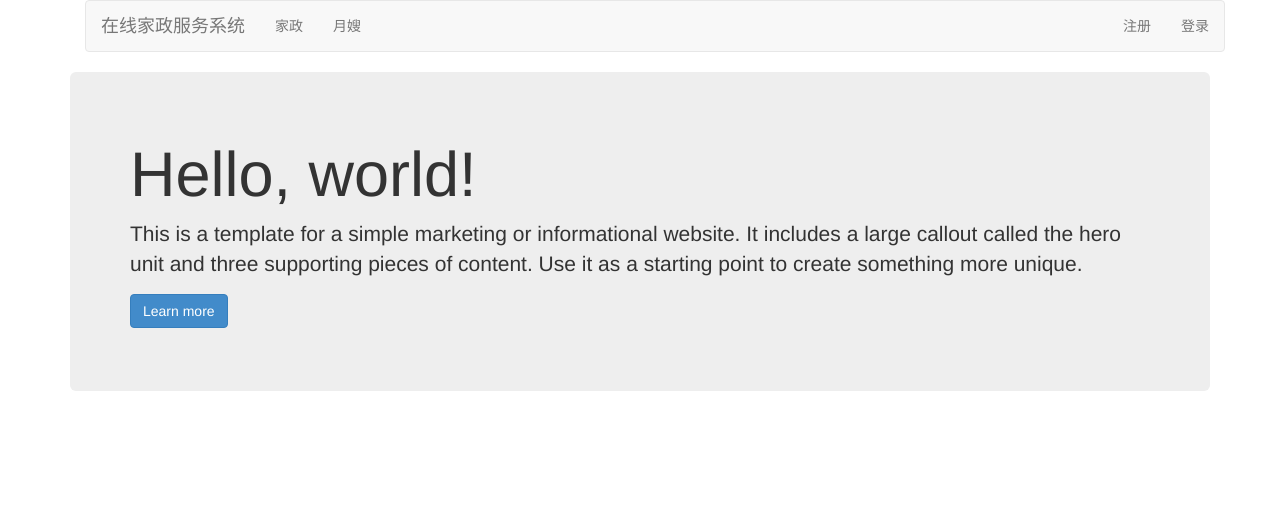
Repository: ELeonCXFJ/MyEclipseWS
Page: http://localhost/MyWeb/index.jsp
The author's editor kept a copy of each file at every save. The page is drawn from the files as they stood at one save, then again after the next save.
The browser window is 1280 px wide. The pictures show the whole page.
The page is served by Tomcat 9. Nobody is signed in. The application's start-up code is not run. Other server files are loaded and not shown.

Above is the page before, as saved 2017-03-17 04:22:37.

### MyWeb/WebRoot/index.jsp
<%@ page language="java" import="java.util.*" pageEncoding="UTF-8"%>
<%@ taglib prefix="c" uri="http://java.sun.com/jsp/jstl/core" %>

<!DOCTYPE html>
<html>
<head>
   <meta charset="utf-8">
   <title>在线家政服务系统主页</title>
   <link rel="stylesheet" href="./vendor/bootstrap/css/bootstrap.min.css">
   <script src="./vendor/jquery/js/jquery.min.js"></script>
   <script src="./vendor/bootstrap/js/bootstrap.min.js"></script>
</head>
<body>

<div class="container">
	<div class="row clearfix">
		<div class="col-md-12 column">
			<c:import url="top.jsp"></c:import>
			<div class="jumbotron">
				<h1>
					Hello, world!
				</h1>
				<p>
					This is a template for a simple marketing or informational website. It includes a large callout called the hero unit and three supporting pieces of content. Use it as a starting point to create something more unique.
				</p>
				<p>
					 <a class="btn btn-primary btn-large" href="#">Learn more</a>
				</p>
			</div>
		</div>
	</div>
</div>
</body>
</html>

### MyWeb/WebRoot/top.jsp
<%@ page language="java" import="java.util.*" pageEncoding="UTF-8"%>
<%@ taglib prefix="c" uri="http://java.sun.com/jsp/jstl/core" %>

<!DOCTYPE html>
<html>
<head>
   <meta charset="utf-8">
   <title>导航栏</title>
</head>
<body>

<div class="container" align="center">
	<div class="row clearfix">
		<div class="col-lg-12 col-md-12 col-xs-12 col-sm-12">
			<nav class="navbar navbar-default" role="navigation">
				<div class="navbar-header">
					 <button type="button" class="navbar-toggle" data-toggle="collapse" data-target="#bs-example-navbar-collapse-1"> <span class="sr-only">Toggle navigation</span><span class="icon-bar"></span><span class="icon-bar"></span><span class="icon-bar"></span></button> <a class="navbar-brand" href="<c:url value='/index.jsp'/>">在线家政服务系统</a>
				</div>
				<div class="collapse navbar-collapse" id="bs-example-navbar-collapse-1">
					<ul class="nav navbar-nav">
						<li >
							 <a href="#">家政</a>
						</li>
						<li>
							 <a href="#">月嫂</a>
						</li>
					</ul>
					<ul class="nav navbar-nav navbar-right">
					<c:choose>
						<c:when test="${empty sessionScope.sessionUser }">
							<li>
								 <a href="<c:url value='/jsps/user/register.jsp'/>">注册</a>
							</li>
							<li>
								<a href="<c:url value='/jsps/user/login.jsp' />">登录</a>
							</li>
						</c:when>

						<c:otherwise>
							<li>
								 <a href="<c:url value='/OrderServlet?method=getMyOrder'/>">我的订单</a>
							</li>
							<li>
								 <a href="<c:url value='/jsps/user/pwd.jsp'/>">修改密码</a>
							</li>
							<li>
								 <a href="#">购物车</a>
							</li>
							<li>
								<a href="<c:url value="/UserServlet?method=exit"/>">退出</a>
							</li>
						</c:otherwise>
					</c:choose>
					</ul>
				</div>
			</nav>
		</div>
	</div>
</div>
</body>

### MyWeb/WebRoot/bottom.jsp
<%@ page language="java" import="java.util.*" pageEncoding="UTF-8"%>
<%@ taglib prefix="c" uri="http://java.sun.com/jsp/jstl/core" %>

<!DOCTYPE html>
<html>
<head>
   <meta charset="utf-8">
   <title>在线家政服务系统主页</title>
   <link rel="stylesheet" href="./vendor/bootstrap/css/bootstrap.min.css">
   <script src="./vendor/jquery/js/jquery.min.js"></script>
   <script src="./vendor/bootstrap/js/bootstrap.min.js"></script>
</head>
<body>
	<div>
		<label for=“bottom">2017毕业设计</br>薛付俊 201320311010</br>指导老师：焦佳佳</label>
	</div>
	<div style="display:none;">
		<label for="hide">bootstrapvalidator引用自：https://github.com/nghuuphuoc/bootstrapvalidator</label>
	</div>
</body>

After the next save:
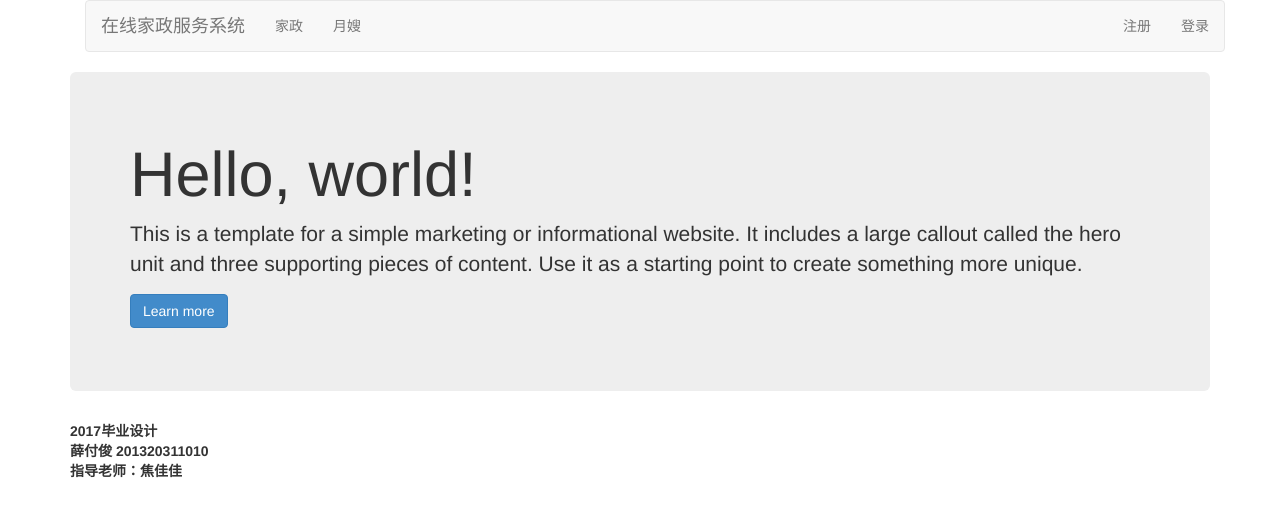
Saved 63 s later.
--- a/MyWeb/WebRoot/index.jsp
+++ b/MyWeb/WebRoot/index.jsp
@@ -29,6 +29,7 @@
 			</div>
 		</div>
 	</div>
+	<c:import url="bottom.jsp"></c:import>
 </div>
 </body>
 </html>
